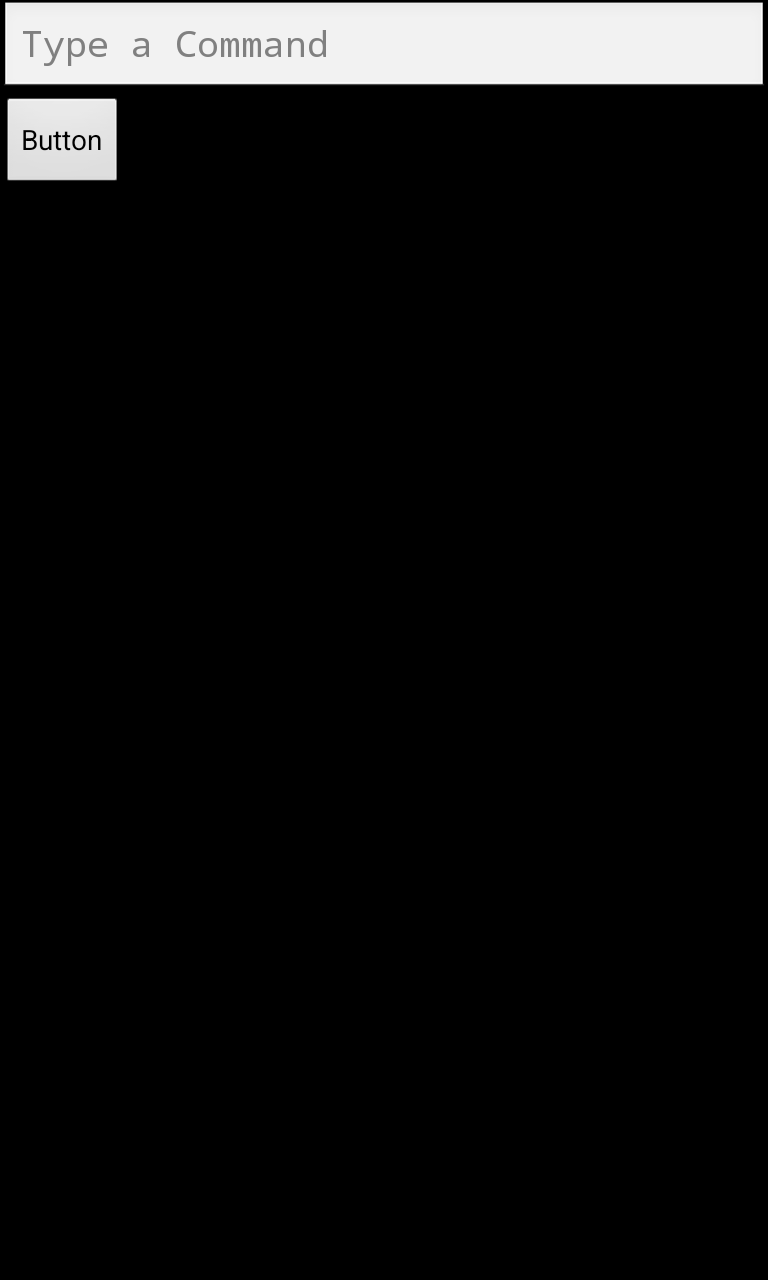
Repository: mcranwill/java_android
Layout: newboston/res/layout/text.xml
The author's editor kept a copy of each file at every save. The layout is drawn from the files as they stood at one save, then again after the next save.
It is drawn on a 768 x 1280 px phone screen (xhdpi) without system bars, with theme android:Theme; the app's code is not run.

Above is the layout before, as saved 2012-06-10 18:31:00.

After the next save:
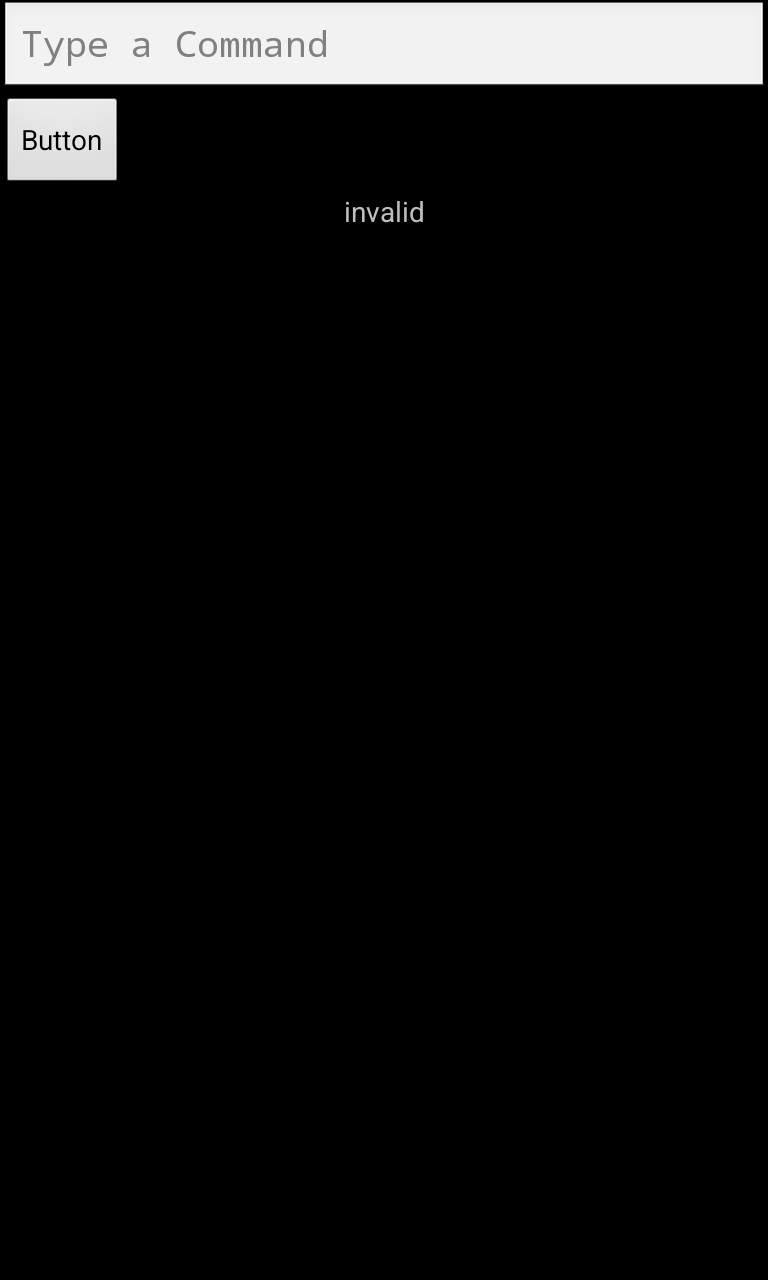
Saved 2 min 49 s later.
--- a/newboston/res/layout/text.xml
+++ b/newboston/res/layout/text.xml
@@ -10,5 +10,12 @@
         android:password="true" />
     <Button android:text="Button" android:id="@+id/bResults"
         android:layout_width="wrap_content" android:layout_height="wrap_content"/>
-    <TextView android:text="invalid" android:id="@+id/tvResutls"/>
+
+    <TextView
+        android:id="@+id/tvResutls"
+        android:layout_width="fill_parent"
+        android:layout_height="wrap_content"
+        android:gravity="center"
+        android:text="invalid" />
+
 </LinearLayout>
